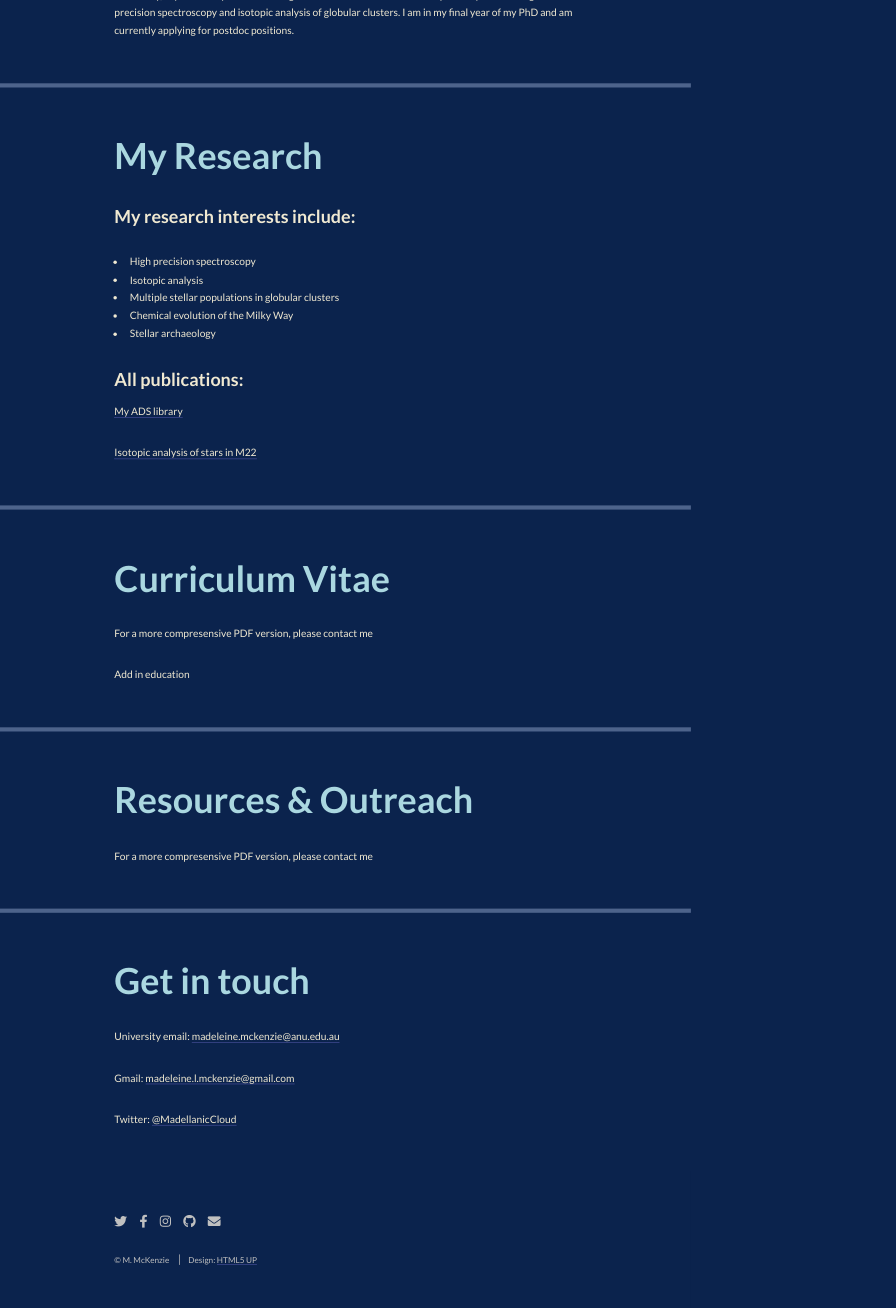
Repository: madeleine-mckenzie/madeleine-mckenzie.github.io
Page: index.html
An editor plug-in stored every save of this project. The page is shown before and after the next save, followed by the edit.
The browser window is 1280 px wide. The pictures show the part of the page from y = 900 to 2820 px (the page is 2769 px tall before and 2820 px after), at 70% of full size.
Backgrounds fixed to the window are drawn as part of the page.

Above is the page before, as saved 2023-11-12 15:43:51.

After the next save:
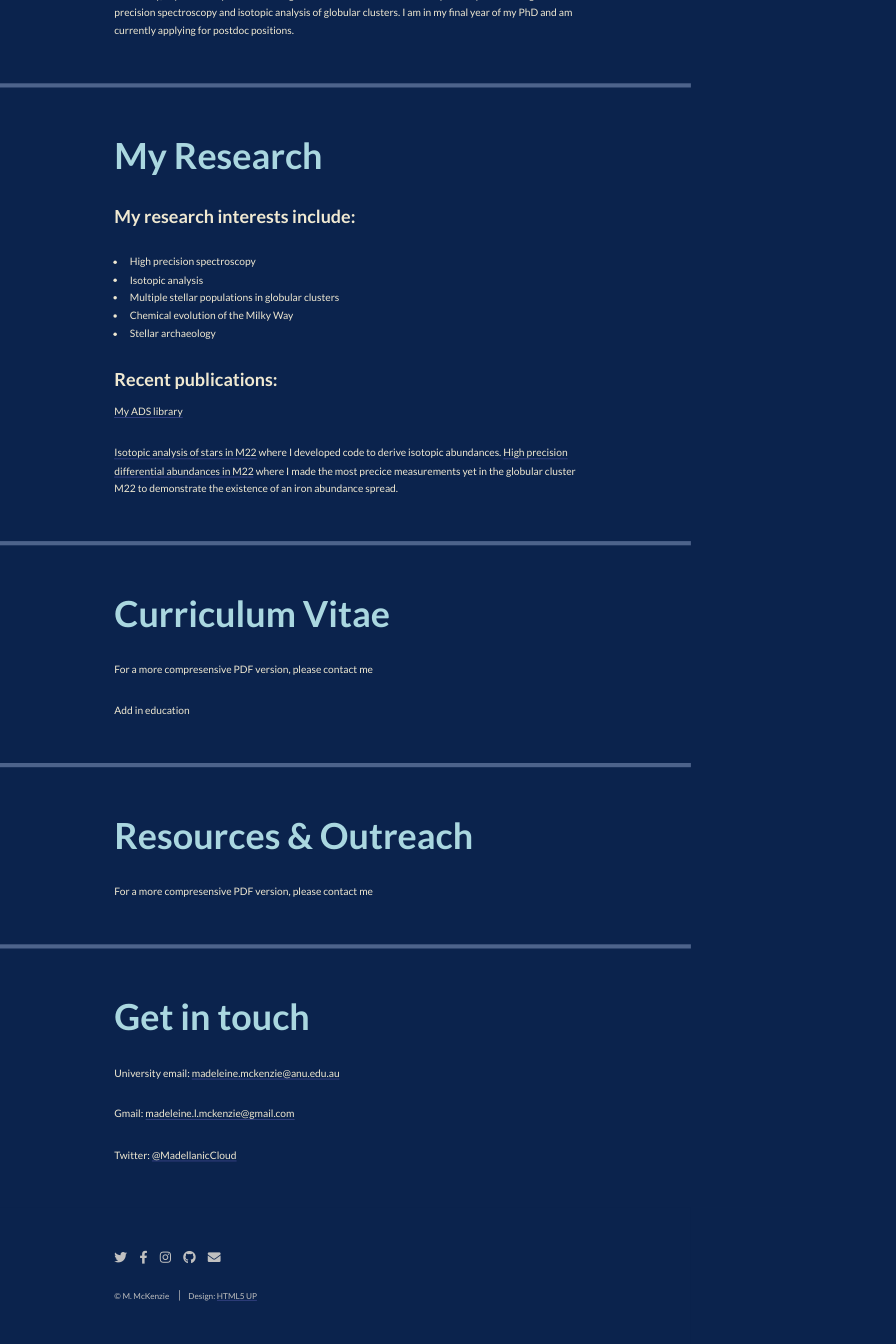
Saved 2 min 27 s later.
--- a/index.html
+++ b/index.html
@@ -80,10 +80,14 @@
                                 <li>Chemical evolution of the Milky Way</li>
                                 <li>Stellar archaeology</li>
                             </ul>
-                        <h3>All publications:</h3>
+                        <h3>Recent publications:</h3>
                         <p><a href="https://ui.adsabs.harvard.edu/user/libraries/K8q3Fv2nS-eG0YgK9U_ysw">My ADS library</a></p>
 
-                        <a href="https://ui.adsabs.harvard.edu/abs/2023MNRAS.tmp.2870M/abstract">Isotopic analysis of stars in M22</a>
+                        <a href="https://ui.adsabs.harvard.edu/abs/2023MNRAS.tmp.2870M/abstract">Isotopic analysis of stars in M22</a> where I developed code to
+                        derive isotopic abundances.
+                        <a href="https://ui.adsabs.harvard.edu/abs/2023MNRAS.tmp.2870M/abstract">High precision differential abundances in M22</a> where I
+                        made the most precice measurements yet in the globular cluster M22 to demonstrate the existence of an iron abundance spread.
+
                         </p>
 
                     </div>
